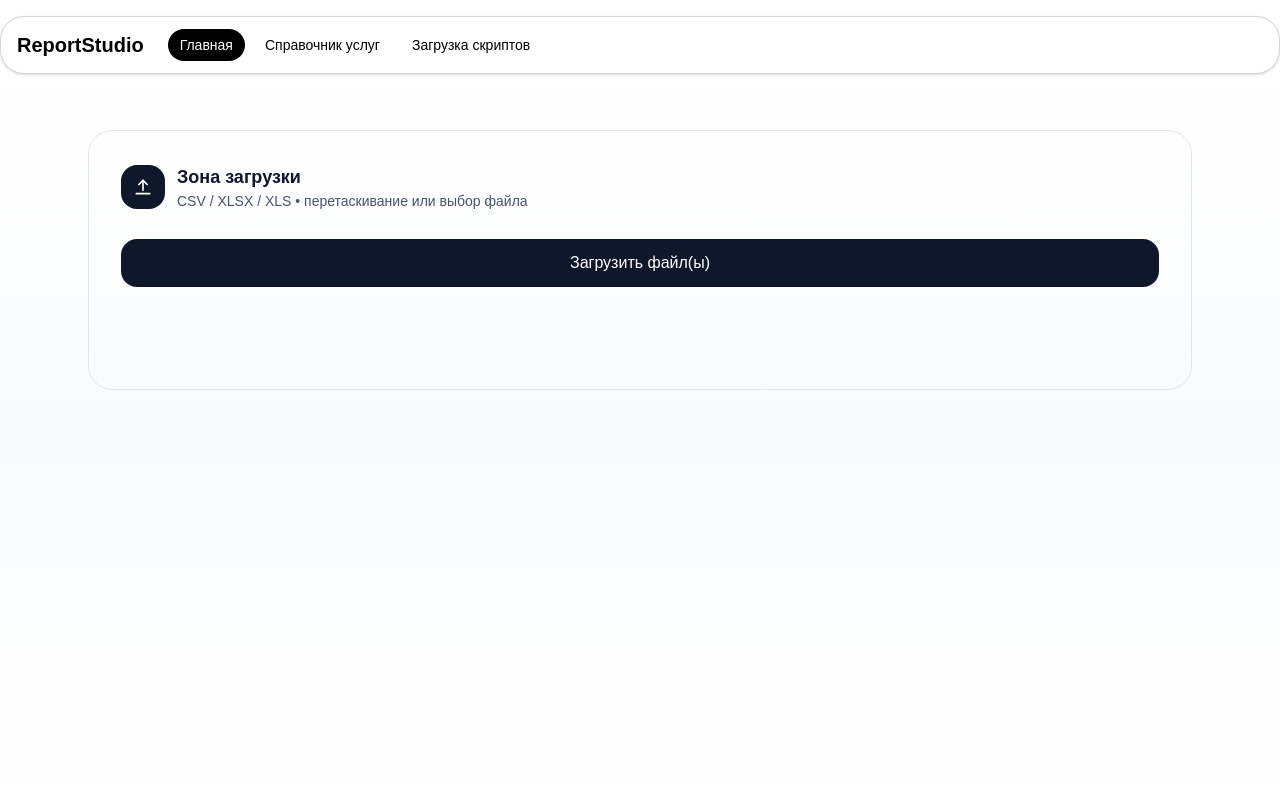
Repository: vladzap2423/report_studio_v2
Page: /
The author's editor kept a copy of each file at every save. The page is drawn from the files as they stood at one save, then again after the next save.
The browser window is 1280 px wide. The pictures show the whole page.
The project was rebuilt for these pictures with package versions that can differ from the ones it lists, and the page was loaded fresh each time. The framework's server and built-in components were replaced by stand-ins that run in the browser. Also part of the build but not shown: next.config.ts, src/app/components/ScriptsList.tsx.

Above is the page before, as saved 2026-03-16 16:11:26.

After the next save:
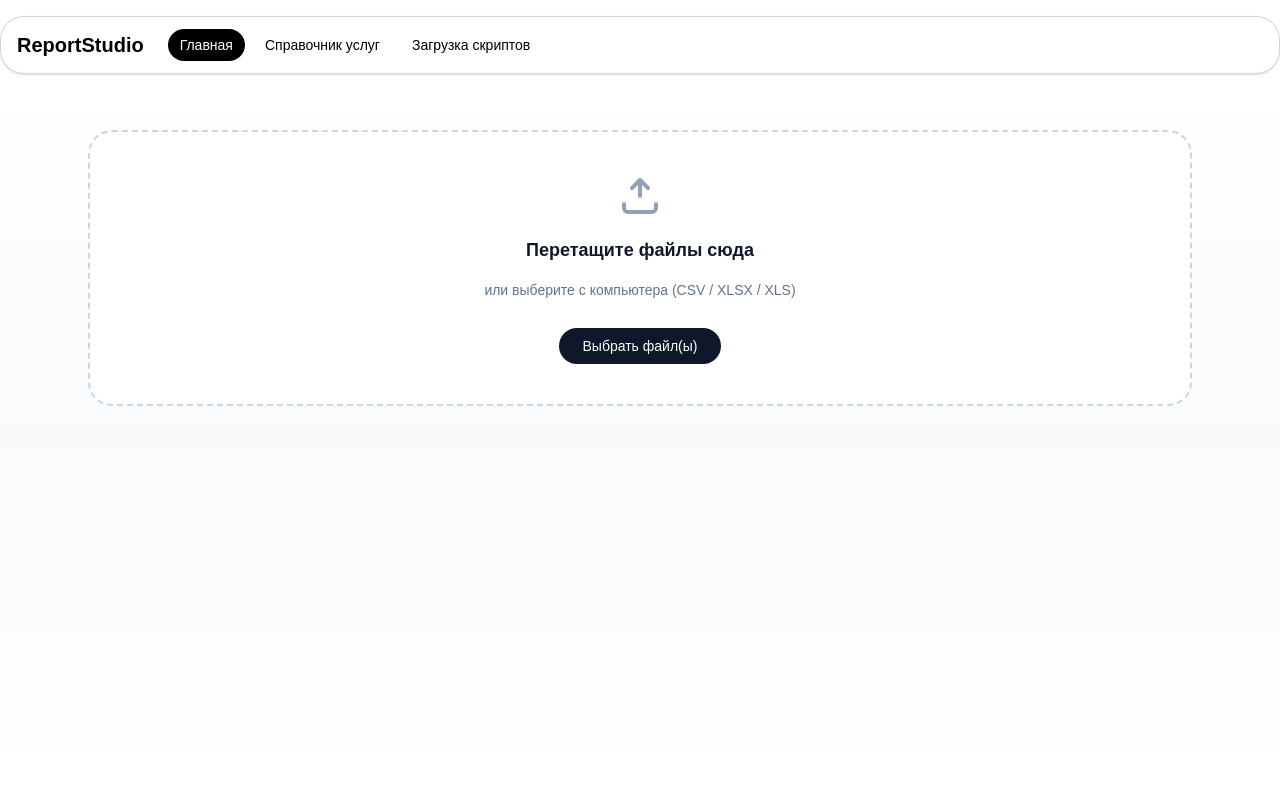
Saved 104 s later.
--- a/src/app/components/DropZone.tsx
+++ b/src/app/components/DropZone.tsx
@@ -1,4 +1,5 @@
 "use client";
+
 import { useRef, useState, DragEvent, ChangeEvent, useCallback } from "react";
 
 type DropZoneProps = {
@@ -9,13 +10,15 @@ type DropZoneProps = {
 export default function DropZone({ accept = ".csv,.xlsx,.xls", onFilesPicked }: DropZoneProps) {
   const dragDepth = useRef(0);
   const inputRef = useRef<HTMLInputElement | null>(null);
+
   const [isDragging, setIsDragging] = useState(false);
   const [error, setError] = useState<string | null>(null);
+  const [files, setFiles] = useState<File[]>([]);
 
   const validateFiles = useCallback((picked: File[]) => {
     if (!picked.length) return "Файл не выбран";
     const bad = picked.find(f => ![".csv", ".xlsx", ".xls"].some(ext => f.name.toLowerCase().endsWith(ext)));
-    if (bad) return `Файл "${bad.name}" не поддерживается. Разрешены CSV и Excel (XLSX/XLS).`;
+    if (bad) return `Файл "${bad.name}" не поддерживается. Разрешены CSV / XLSX / XLS.`;
 
     const total = picked.reduce((s, f) => s + f.size, 0);
     if (total > 200 * 1024 * 1024) return "Слишком большой объём. Максимум 200MB.";
@@ -26,9 +29,11 @@ export default function DropZone({ accept = ".csv,.xlsx,.xls", onFilesPicked }:
     const err = validateFiles(picked);
     if (err) {
       setError(err);
+      setFiles([]);
       return;
     }
     setError(null);
+    setFiles(picked);
     onFilesPicked(picked);
   }, [onFilesPicked, validateFiles]);
 
@@ -44,31 +49,29 @@ export default function DropZone({ accept = ".csv,.xlsx,.xls", onFilesPicked }:
   };
 
   return (
-    <div
-      onDragEnter={e => { e.preventDefault(); dragDepth.current += 1; setIsDragging(true); }}
-      onDragOver={e => e.preventDefault()}
-      onDragLeave={e => { e.preventDefault(); dragDepth.current -= 1; if (dragDepth.current <= 0) setIsDragging(false); }}
-      onDrop={onDrop}
-      className={`relative rounded-3xl border p-8 min-h-[260px] transition-all ${isDragging ? "border-emerald-300 ring-4 ring-emerald-100" : "border-slate-200"}`}
-    >
-      <div className="flex flex-col gap-3">
-        <div className="flex items-center gap-3">
-          <div className="grid h-11 w-11 place-items-center rounded-2xl bg-slate-900 text-white">
-            <svg width="20" height="20" viewBox="0 0 24 24" fill="none">
-              <path d="M12 16V4" stroke="currentColor" strokeWidth="2" strokeLinecap="round"/>
-              <path d="M7 9l5-5 5 5" stroke="currentColor" strokeWidth="2" strokeLinecap="round" strokeLinejoin="round"/>
-              <path d="M4 20h16" stroke="currentColor" strokeWidth="2" strokeLinecap="round"/>
-            </svg>
-          </div>
-          <div>
-            <div className="text-lg font-semibold text-slate-900">Зона загрузки</div>
-            <div className="text-sm text-slate-600">CSV / XLSX / XLS • перетаскивание или выбор файла</div>
-          </div>
-        </div>
-        {error && <div className="rounded-2xl border border-rose-200 bg-rose-50 px-4 py-3 text-sm text-rose-700">{error}</div>}
-        <button type="button" onClick={onPickClick} className="mt-4 rounded-2xl bg-slate-900 px-5 py-3 text-white">
-          Загрузить файл(ы)
+    <div className="flex flex-col gap-6">
+      <div
+        onDragEnter={e => { e.preventDefault(); dragDepth.current += 1; setIsDragging(true); }}
+        onDragOver={e => e.preventDefault()}
+        onDragLeave={e => { e.preventDefault(); dragDepth.current -= 1; if (dragDepth.current <= 0) setIsDragging(false); }}
+        onDrop={onDrop}
+        className={`relative flex flex-col items-center justify-center gap-4 rounded-3xl border-2 border-dashed p-10 transition-all duration-200
+          ${isDragging ? "border-emerald-400 bg-emerald-50" : "border-slate-300 bg-white hover:border-slate-400"}`}
+      >
+        <svg className="w-12 h-12 text-slate-400" fill="none" stroke="currentColor" viewBox="0 0 24 24">
+          <path strokeWidth={2} strokeLinecap="round" strokeLinejoin="round" d="M4 16v2a2 2 0 002 2h12a2 2 0 002-2v-2M12 12v-8m0 0L8 8m4-4l4 4" />
+        </svg>
+        <p className="text-lg font-semibold text-slate-900">Перетащите файлы сюда</p>
+        <p className="text-sm text-slate-500">или выберите с компьютера (CSV / XLSX / XLS)</p>
+
+        <button
+          type="button"
+          onClick={onPickClick}
+          className="mt-3 rounded-full bg-slate-900 px-6 py-2 text-white text-sm font-medium hover:bg-slate-800 active:bg-slate-900"
+        >
+          Выбрать файл(ы)
         </button>
+
         <input
           ref={inputRef}
           type="file"
@@ -82,6 +85,26 @@ export default function DropZone({ accept = ".csv,.xlsx,.xls", onFilesPicked }:
           }}
         />
       </div>
+
+      {error && (
+        <div className="rounded-lg border border-rose-200 bg-rose-50 px-4 py-3 text-sm text-rose-700">
+          {error}
+        </div>
+      )}
+
+      {files.length > 0 && (
+        <div className="flex flex-col gap-2 mt-4">
+          {files.map((f, idx) => (
+            <div
+              key={idx}
+              className="flex items-center justify-between rounded-xl border border-slate-200 bg-slate-50 px-4 py-2 text-sm text-slate-700"
+            >
+              <span className="font-medium">{f.name}</span>
+              <span className="text-xs text-slate-500">{(f.size / 1024 / 1024).toFixed(2)} MB</span>
+            </div>
+          ))}
+        </div>
+      )}
     </div>
   );
 }
